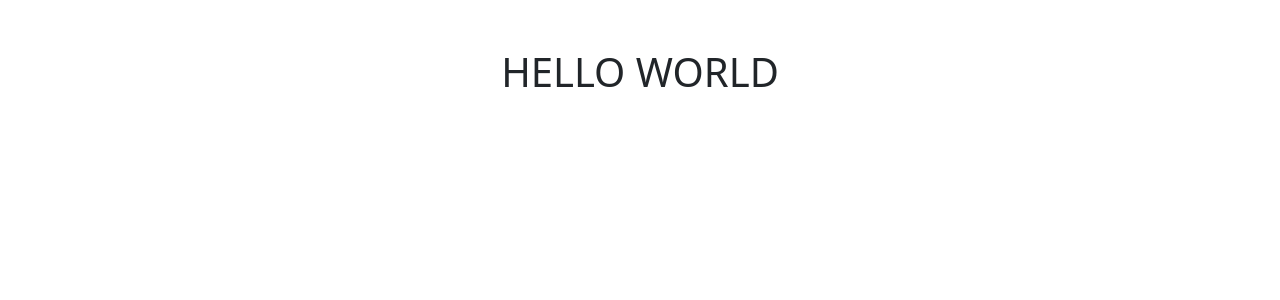
Repository: LorenzoPorrega/laravel-primi-passi
Page: http://localhost/
An editor plug-in stored every save of this project. The page is shown before and after the next save, followed by the edit.
The browser window is 1280 px wide. The pictures show the whole page.
The page is served by the project's Laravel application, run on PHP 8.4 with Laravel 10. Other server files are loaded and not shown.

Above is the page before, as saved 2023-09-26 13:20:46.

### routes/web.php
<?php

use Illuminate\Support\Facades\Route;

/*
|--------------------------------------------------------------------------
| Web Routes
|--------------------------------------------------------------------------
|
| Here is where you can register web routes for your application. These
| routes are loaded by the RouteServiceProvider and all of them will
| be assigned to the "web" middleware group. Make something great!
|
*/

Route::get('/', function () {
    return view('home');
});

Route::get('/contacts', function () {
    return view('contacts');
});

### resources/views/home.blade.php
<!DOCTYPE html>
<html lang="it">
<head>
  <meta charset="UTF-8">
  <meta name="viewport" content="width=device-width, initial-scale=1.0">
  <title>Laravel Primi Passi</title>
  <!-- CUSTOM STYLE SHEET FILE LINK -->
  <link rel="stylesheet" href="./css/style.css">

  <!-- THIRD PARTY LIBRARIES -->
  <!-- BOOTSTRAP CDN -->
  <link href="https://cdn.jsdelivr.net/npm/bootstrap@5.3.0/dist/css/bootstrap.min.css" rel="stylesheet" integrity="sha384-9ndCyUaIbzAi2FUVXJi0CjmCapSmO7SnpJef0486qhLnuZ2cdeRhO02iuK6FUUVM" crossorigin="anonymous">
  <!-- FONTAWESOME CDN -->
  <link rel="stylesheet" href="https://cdnjs.cloudflare.com/ajax/libs/font-awesome/6.4.0/css/all.min.css" integrity="sha512-iecdLmaskl7CVkqkXNQ/ZH/XLlvWZOJyj7Yy7tcenmpD1ypASozpmT/E0iPtmFIB46ZmdtAc9eNBvH0H/ZpiBw==" crossorigin="anonymous" referrerpolicy="no-referrer" />
  <!-- STANDARD FAVICON TO AVOID CONSOLE ERRORS ON FIREFOX -->
  <link rel="icon"type="image/x-icon" href="https://boolean.careers/favicon/favicon.ico">
</head>
<body>
  <div class="container text-center mt-5">
    <h1>HELLO WORLD</h1>

  </div>
</body>
<script src="./js/main.js"></script>
<script src="https://cdn.jsdelivr.net/npm/bootstrap@5.3.1/dist/js/bootstrap.bundle.min.js" integrity="sha384-HwwvtgBNo3bZJJLYd8oVXjrBZt8cqVSpeBNS5n7C8IVInixGAoxmnlMuBnhbgrkm" crossorigin="anonymous"></script>
</html>

After the next save:
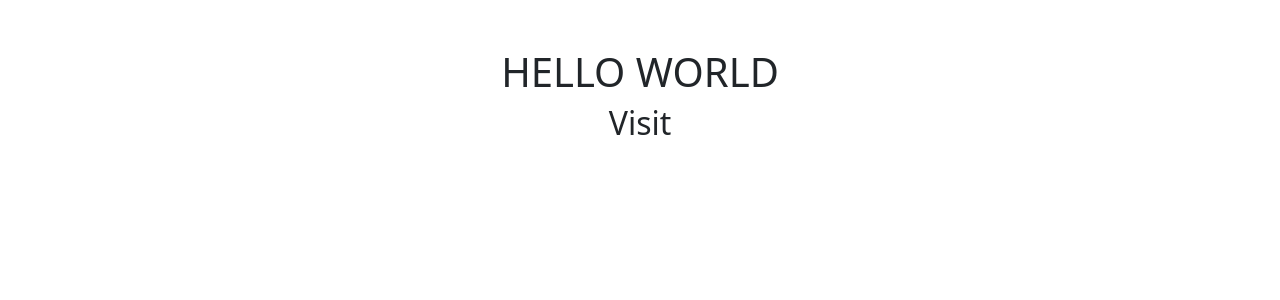
Saved 21 s later.
--- a/resources/views/home.blade.php
+++ b/resources/views/home.blade.php
@@ -18,7 +18,7 @@
 <body>
   <div class="container text-center mt-5">
     <h1>HELLO WORLD</h1>
-
+    <h2>Visit</h2>
   </div>
 </body>
 <script src="./js/main.js"></script>
